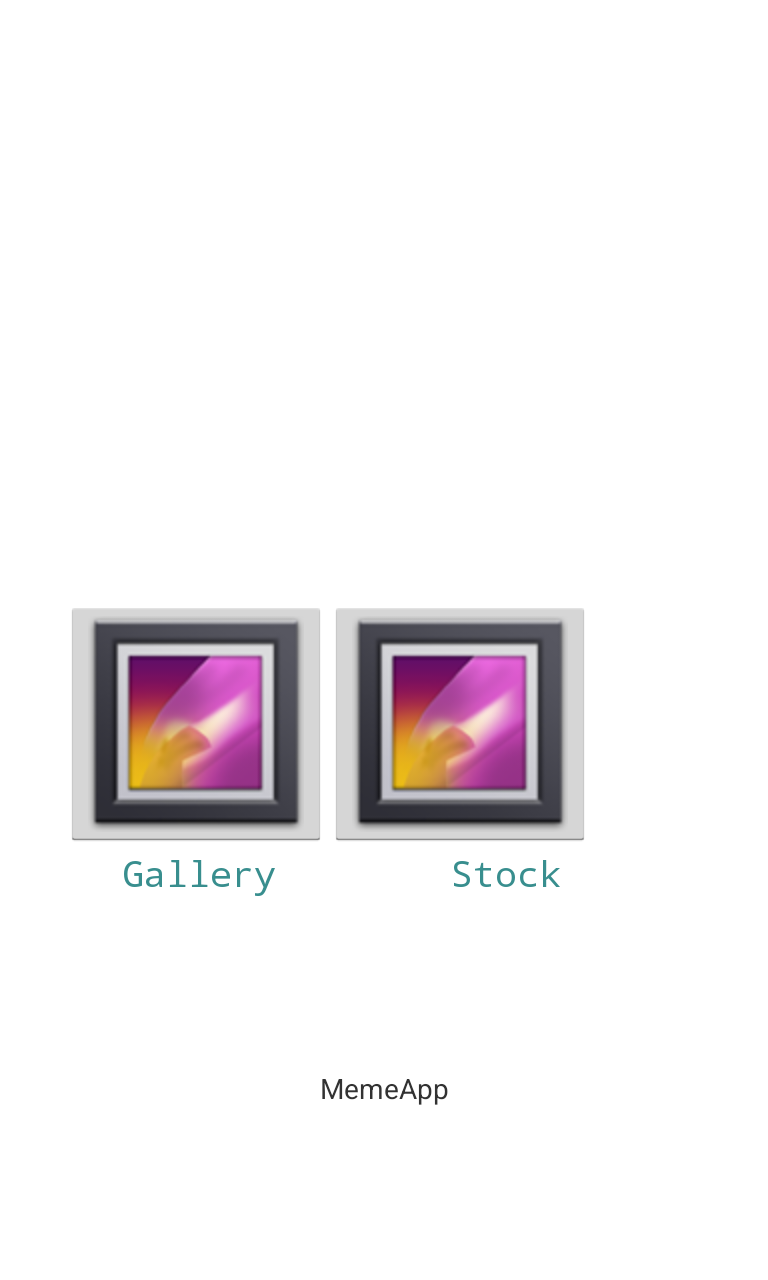
Repository: njb26/3093_Software_Engineering_2013
Layout: app/workspace/MemeApp/res/layout/activity_selection.xml
An editor plug-in stored every save of this project. The layout is shown before and after the next save, followed by the edit.
It is drawn on a 768 x 1280 px phone screen (xhdpi) without system bars, with theme AppTheme; the app's code is not run.

Above is the layout before, as saved 2013-05-23 21:43:54.

### app/workspace/MemeApp/res/layout/activity_selection.xml
<LinearLayout xmlns:android="http://schemas.android.com/apk/res/android"
    android:layout_width="wrap_content"
    android:layout_height="fill_parent"
    android:paddingTop="300dp"
    android:paddingLeft="16dp"
    android:paddingRight="16dp"
    android:orientation="vertical">

    <LinearLayout
        android:layout_width="wrap_content"
        android:layout_height="wrap_content"
        android:orientation="horizontal"
        android:paddingLeft="16dp"
        android:paddingRight="16dp" >

        <ImageButton
        android:contentDescription="@string/gallery"
        android:layout_width="wrap_content"
        android:layout_height="wrap_content"
        android:layout_gravity="center"
        android:src="@drawable/gallery_image" />
    	<ImageButton
    	android:contentDescription="@string/stock"
        android:layout_width="wrap_content"
        android:layout_height="wrap_content"
        android:layout_gravity="center"
        android:src="@drawable/gallery_image"/>
   		</LinearLayout>

     <LinearLayout
   	    android:layout_width="match_parent"
    	android:layout_height="wrap_content"
    	android:paddingLeft="45dp"
    	android:paddingRight="0dp"
    	android:orientation="horizontal">
    	<TextView
        style="@style/StandardFont"
        android:layout_weight="1"
        android:text="@string/gallery" />
    	<TextView
        style="@style/StandardFont"
        android:layout_weight="1"

        android:text="@string/stock" />
   	</LinearLayout>

      <TextView
        android:id="@+id/tv"
        android:layout_width="fill_parent"
   		android:layout_height="fill_parent"
     	android:gravity="center"
        android:text="@string/title" />

</LinearLayout>

### app/workspace/MemeApp/res/values/styles.xml
<resources xmlns:android="http://schemas.android.com/apk/res/android">

    <!--
        Base application theme, dependent on API level. This theme is replaced
        by AppBaseTheme from res/values-vXX/styles.xml on newer devices.
    -->
    <style name="AppBaseTheme" parent="android:Theme.Light">
        <!--
            Theme customizations available in newer API levels can go in
            res/values-vXX/styles.xml, while customizations related to
            backward-compatibility can go here.
        -->
    </style>

    <!-- Application theme. -->
    <style name="AppTheme" parent="AppBaseTheme">
        <!-- All customizations that are NOT specific to a particular API-level can go here. -->
    </style>
    <style name="StandardFont" parent="@android:style/TextAppearance.Medium">
        <item name="android:layout_width">wrap_content</item>
    	<item name="android:layout_height">wrap_content</item>
    	<item name="android:textColor">#388E8E</item>
		<item name="android:typeface">monospace</item>
    </style>
</resources>

### app/workspace/MemeApp/res/values/strings.xml
<?xml version="1.0" encoding="utf-8"?>
<resources>

    <string name="app_name">MemeApp</string>
    <string name="action_settings">Settings</string>

    <string name="title_activity_selection">SelectionActivity</string>
    <string name="gallery">       Gallery</string>
    <string name="stock">       Stock</string>
    <string name="title">MemeApp</string>

    <string name="take">Take a Photo</string>
    <string name="grab">Grab a Photo</string>


</resources>

Loaded but not shown: app/workspace/MemeApp/res/values-v11/styles.xml (common file); app/workspace/MemeApp/res/values-v14/styles.xml (common file)

After the next save:
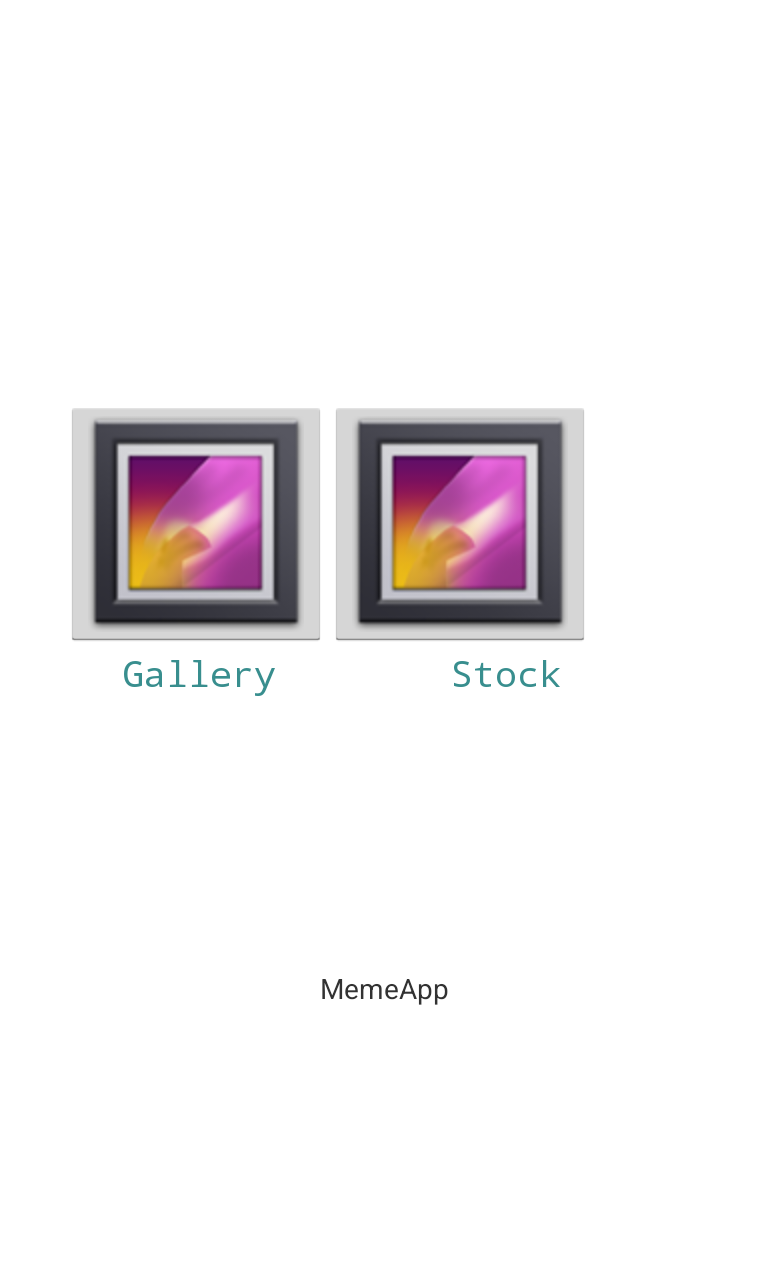
Saved 12 s later.
--- a/app/workspace/MemeApp/res/layout/activity_selection.xml
+++ b/app/workspace/MemeApp/res/layout/activity_selection.xml
@@ -1,7 +1,7 @@
 <LinearLayout xmlns:android="http://schemas.android.com/apk/res/android"
     android:layout_width="wrap_content"
     android:layout_height="fill_parent"
-    android:paddingTop="300dp"
+    android:paddingTop="200dp"
     android:paddingLeft="16dp"
     android:paddingRight="16dp"
     android:orientation="vertical">
